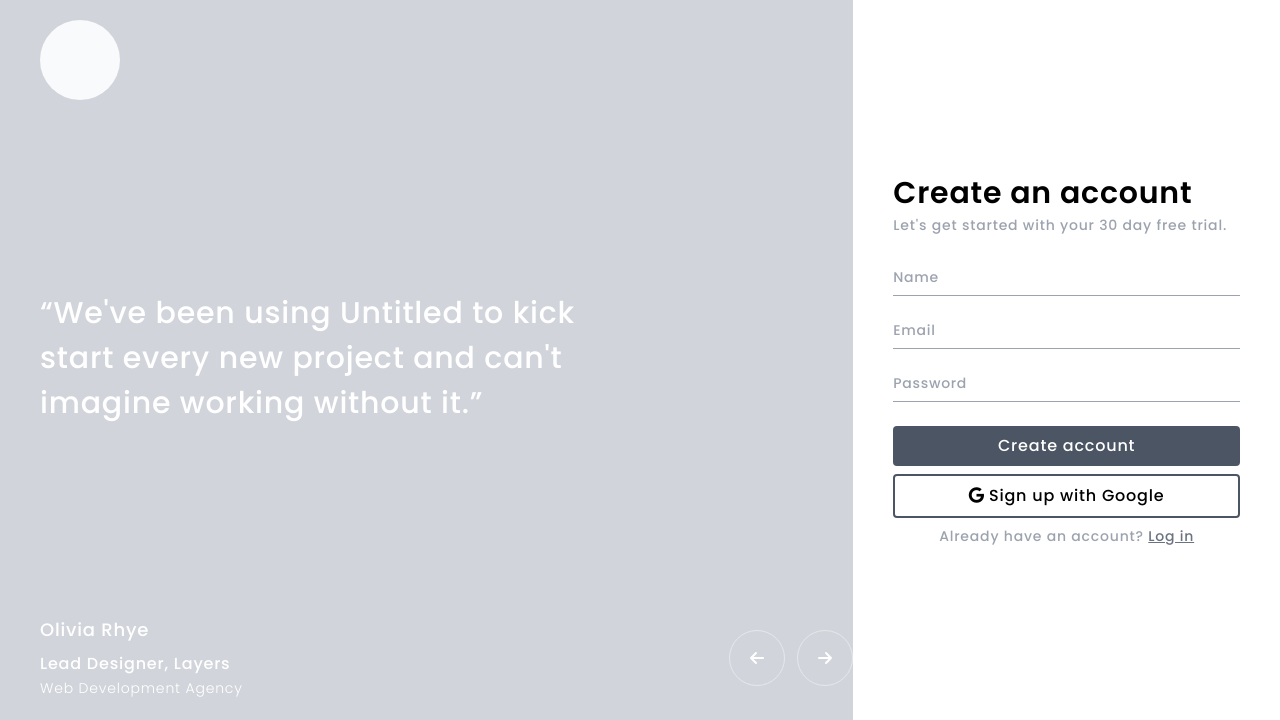
Repository: debthebuilder/youtube-html-contact-form-tailwindcss
Page: contact.html
The author's editor kept a copy of each file at every save. The page is drawn from the files as they stood at one save, then again after the next save.
The browser window is 1280 px wide. The pictures show the whole page.
Some web libraries are served in a nearby version.

Above is the page before, as saved 2022-08-03 07:07:34.

### contact.html
<!DOCTYPE html>
<html lang="en">
<head>
    <meta charset="UTF-8">
    <meta http-equiv="X-UA-Compatible" content="IE=edge">
    <meta name="viewport" content="width=device-width, initial-scale=1.0">
    <link rel="stylesheet" href="https://cdnjs.cloudflare.com/ajax/libs/font-awesome/6.1.2/css/all.min.css" integrity="sha512-1sCRPdkRXhBV2PBLUdRb4tMg1w2YPf37qatUFeS7zlBy7jJI8Lf4VHwWfZZfpXtYSLy85pkm9GaYVYMfw5BC1A==" crossorigin="anonymous" referrerpolicy="no-referrer" />
    <link rel="preconnect" href="https://fonts.googleapis.com">
    <link rel="preconnect" href="https://fonts.gstatic.com" crossorigin>
    <link href="https://fonts.googleapis.com/css2?family=Poppins:wght@300;500;600&display=swap" rel="stylesheet">
    <link href="stylesheet.css" rel="stylesheet">
    <script src="https://cdn.tailwindcss.com"></script>
    <title>Responsive HTML Contact Form with Tailwind CSS</title>
</head>
<body>
    <div class="w-full h-screen flex tracking-wider">
        <!--Background Image with Overlay text-->
        <div class="hidden md:block md:w-4/6 text-white bg-gray-300  md:flex md:flex-col md:justify-between py-5 pl-10  bgImg">
            <a href="#" class="block">
                <div class="w-20 h-20 bg-gray-50 rounded-full"></div>
            </a>
            <q class="text-3xl leading-normal w-3/4">We've been using Untitled to kick start every new project and can't imagine working without it.</q>
            <div class="flex flex-row items-center justify-between">
                <div>
                    <h3 class="mb-2 text-lg">Olivia Rhye</h3>
                    <div class="font-normal">Lead Designer, Layers</div>
                    <span class="font-light text-sm">Web Development Agency</span>
                </div>
                <div class="flex">
                    <span class="w-14 h-14 flex items-center justify-center border rounded-full">
                        <i class="fa-solid fa-arrow-left"></i>
                    </span>
                    <span class="w-14 h-14 flex items-center justify-center border rounded-full ml-3">
                        <i class="fa-solid fa-arrow-right"></i>
                    </span>

                </div>
            </div>
        </div>
        <!--Form-->
        <div class="w-full md:w-2/6 px-3 md:px-10 flex flex-col justify-center">
            <a href="#" class="block md:hidden mb-2">
                <div class="w-20 h-20 bg-gray-500 rounded-full"></div>
            </a>
            <h2 class="text-2xl lg:text-3xl font-semibold">Create an account</h2>
            <span class="text-xs md:text-sm text-gray-400 mt-1">Let's get started with your 30 day free trial.</span>
            <form class="mt-5">
                <input type="text" name="name" placeholder="Name" class="w-full border-b border-gray-400 placeholder:text-gray-400 pb-2  text-sm tracking-wider focus:outline-none focus:border-0 focus:border-b-2 my-3">
                <input type="email" name="email" placeholder="Email" class="w-full border-b border-gray-400 placeholder:text-gray-400 pb-2  text-sm tracking-wider focus:outline-none focus:border-0 focus:border-b-2 my-3">
                <input type="password" name="password" placeholder="Password" class="w-full border-b border-gray-400 placeholder:text-gray-400 pb-2  text-sm tracking-wider focus:outline-none focus:border-0 focus:border-b-2 my-3">
                <div class="mt-3">
                    <button class="block bg-gray-600 w-full py-2 rounded my-2 text-white text-sm md:text-base">Create account</button>
                    <button class="block border-2 border-gray-600  w-full py-2 my-2 rounded text-sm md:text-base"><span class="mr-1"><i class="fa-brands fa-google"></i></span>Sign up with Google</button>
                </div>
                <p class="text-center text-xs md:text-sm text-gray-400 mt-2">Already have an account? <a href="#" class="underline text-gray-500">Log in</a></p>
            </form>



        </div>
    </div>
</body>
</html>

### stylesheet.css
body{
    font-family: 'Poppins', sans-serif;
}

.bgImg {
    width: 100%;
    background: url(/assets/bg2.png) no-repeat center center fixed;
    background-position: right;
}

After the next save:
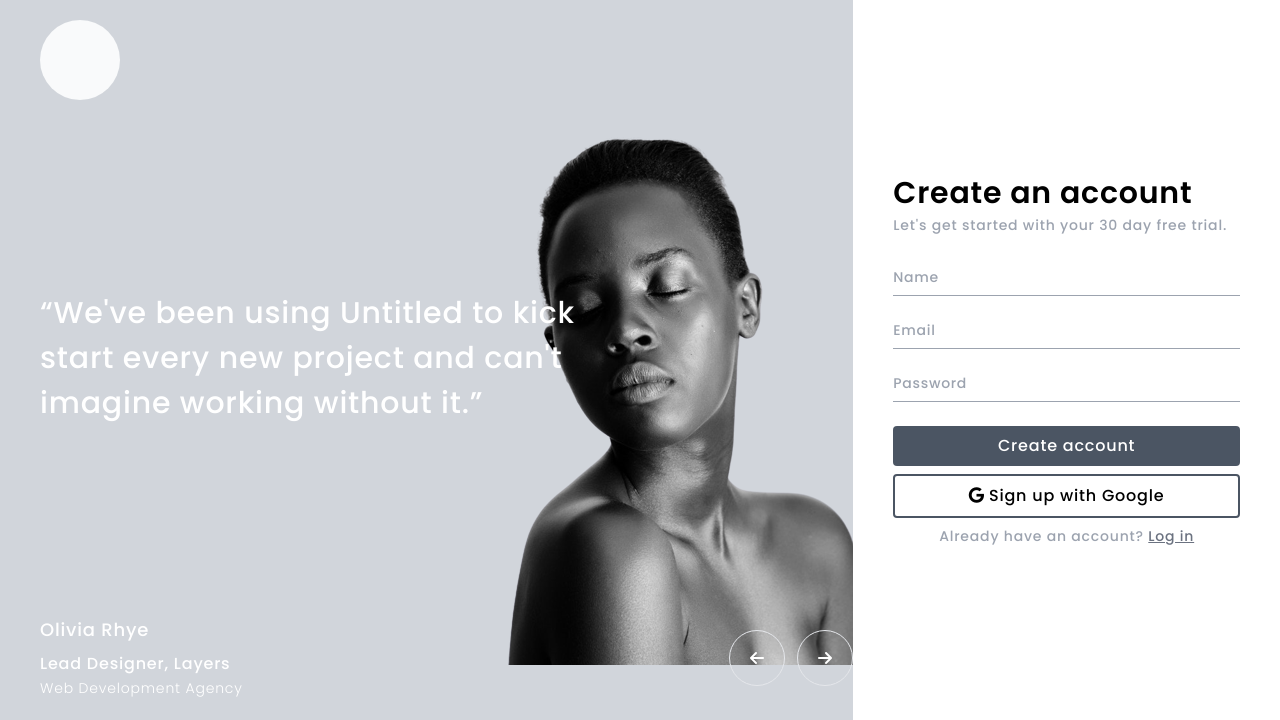
Saved 27 s later.
--- a/stylesheet.css
+++ b/stylesheet.css
@@ -4,6 +4,6 @@ body{
 
 .bgImg {
     width: 100%;
-    background: url(/assets/bg2.png) no-repeat center center fixed;
+    background: url(/assets/bg2.png) no-repeat;
     background-position: right;
 }
